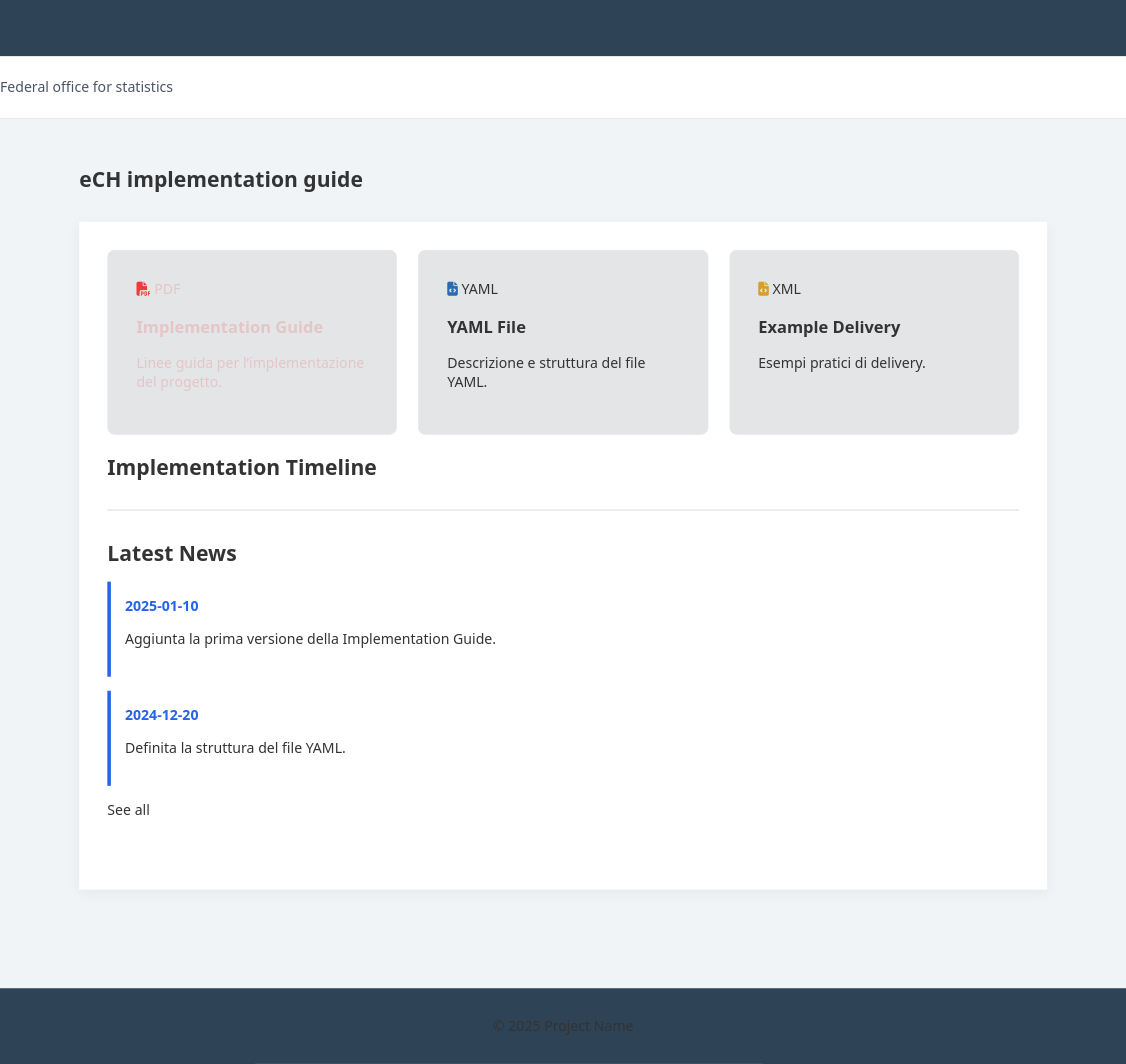
Repository: bfspoku/ech-0252-docs
Page: index.html
The author's editor kept a copy of each file at every save. The page is drawn from the files as they stood at one save, then again after the next save.
The browser window is 1280 px wide. The pictures show the whole page, at 88% of full size.

Above is the page before, as saved 2025-12-16 16:48:06.

### index.html
<!-- LINK FOR FONTS -->
<link rel="preconnect" href="https://fonts.googleapis.com">
<link rel="preconnect" href="https://fonts.gstatic.com" crossorigin>
<link href="https://fonts.googleapis.com/css2?family=Noto+Sans:ital,wght@0,400;0,600;0,700;1,400&display=swap" rel="stylesheet">
<!-- LINK FOR SVG -->
<link rel="stylesheet" href="https://cdnjs.cloudflare.com/ajax/libs/font-awesome/6.5.0/css/all.min.css">

<!DOCTYPE html>
<html lang="it">
<head>
  <meta charset="UTF-8">
  <title>eCH implementation guide</title>
  <link rel="stylesheet" href="css/style.css">
</head>
<body>

<header>

</header>

<section class="sub-banner">
      <p>Federal office for statistics</p>
</section>


<main>
    <h2>eCH implementation guide</h2>
    <section class = "wrapper">

        <!-- CARDS -->
        <section class="cards">
            <a class="card" href="implementation-guide.html" style="color: #e53e3e30;">
            <i class="fas fa-file-pdf" style="color:#E53E3E;"></i> PDF
            <h3>Implementation Guide</h3>
            <p>Linee guida per l’implementazione del progetto.</p>
            </a>

            <a class="card" href="yaml-file.html">
            <i class="fas fa-file-code" style="color:#2B6CB0;"></i> YAML
            <h3>YAML File</h3>
            <p>Descrizione e struttura del file YAML.</p>
            </a>

            <a class="card" href="example-delivery.html">
            <i class="fas fa-file-code" style="color:#D69E2E;"></i> XML
            <h3>Example Delivery</h3>
            <p>Esempi pratici di delivery.</p>
            </a>
        </section>

        <!-- INFORMATION -->
        <section class="information">

            <h2> Implementation Timeline<h2>

            <div class="divider"></div>

            <h2>Latest News</h2>

            <ul class="updates">
            <li>
                <span class="date">2025-01-10</span>
                <p>Aggiunta la prima versione della Implementation Guide.</p>
            </li>
            <li>
                <span class="date">2024-12-20</span>
                <p>Definita la struttura del file YAML.</p>
            </li>
            </ul>
            <p>See all</p>
        </section>

    </section>

</main>

<footer>
  <p>© 2025 Project Name</p>
</footer>

</body>
</html>

### css/style.css
body {
    font-family: 'Noto Sans', system-ui, -apple-system, BlinkMacSystemFont,
    'Segoe UI', Roboto, Ubuntu, Cantarell, 'Helvetica Neue',
    Arial, sans-serif;
    margin: 0;
    background: #f0f4f7;
    color: #333;
  }

  header {
    background: #2f4356;
    color: white;
    padding: 2rem;
  }

  /* SUB-BANNER */
  .sub-banner {
    background-color: white;   /* bianco puro */
    padding: 1.5rem 0;         /* verticale */
    border-bottom: 1px solid #e5e7eb; /* linea di separazione */
  }

  .sub-banner h2 {
    margin: 0 0 0.5rem 0;
    font-weight: 600;
    color: #111827;
  }

  .sub-banner p {
    margin: 0;
    color: #4b5563;
    font-size: 16px;
  }

  main {
    padding: 2rem;
    max-width: 1100px;
    margin: auto;
  }

  h1, h2 {
    margin-bottom: 1rem;
  }

  .divider {
    width: 100%;             /* prende tutta la larghezza della wrapper o del container */
    height: 1px;             /* spessore della linea */
    background: #d1d5db;
    margin: 2rem 0;          /* spazio sopra e sotto */
    border: none;
  }

  /* Main wrapper for all the pages */
  .wrapper {
    max-width: 1100px;      /* larghezza massima */
    margin: 2rem auto;      /* centrato orizzontalmente, margine verticale */
    padding: 2rem;          /* spazio interno */
    background-color: #ffffff;  /* bianco-beige chiaro */
    box-shadow: 0 4px 15px rgba(0,0,0,0.05); /* leggero effetto profondità */
  }

  /* INFORMATION */
  .information {
    margin-bottom: 3rem;
  }

  .updates {
    list-style: none;
    padding: 0;
  }

  .updates li {
    background: white;
    padding: 1rem;
    border-left: 4px solid #2563eb;
    margin-bottom: 1rem;
  }

  .date {
    font-weight: bold;
    color: #2563eb;
  }

  /* CARDS */
  .cards {
    display: grid;
    grid-template-columns: repeat(auto-fit, minmax(250px, 1fr));
    gap: 1.5rem;
  }

  .card {
    background: #e4e5e7;
    padding: 2rem;
    text-decoration: none;
    color: inherit;
    border: 1px solid #e5e7eb;
    border-radius: 8px;
    transition: transform 0.2s, box-shadow 0.2s;
  }

  .card:hover {
    transform: translateY(-5px);
    box-shadow: 0 10px 20px rgba(0,0,0,0.1);
  }

  footer {
    text-align: center;
    padding: 1rem;
    background: #2f4356;
    margin-top: 3rem;
  }

After the next save:
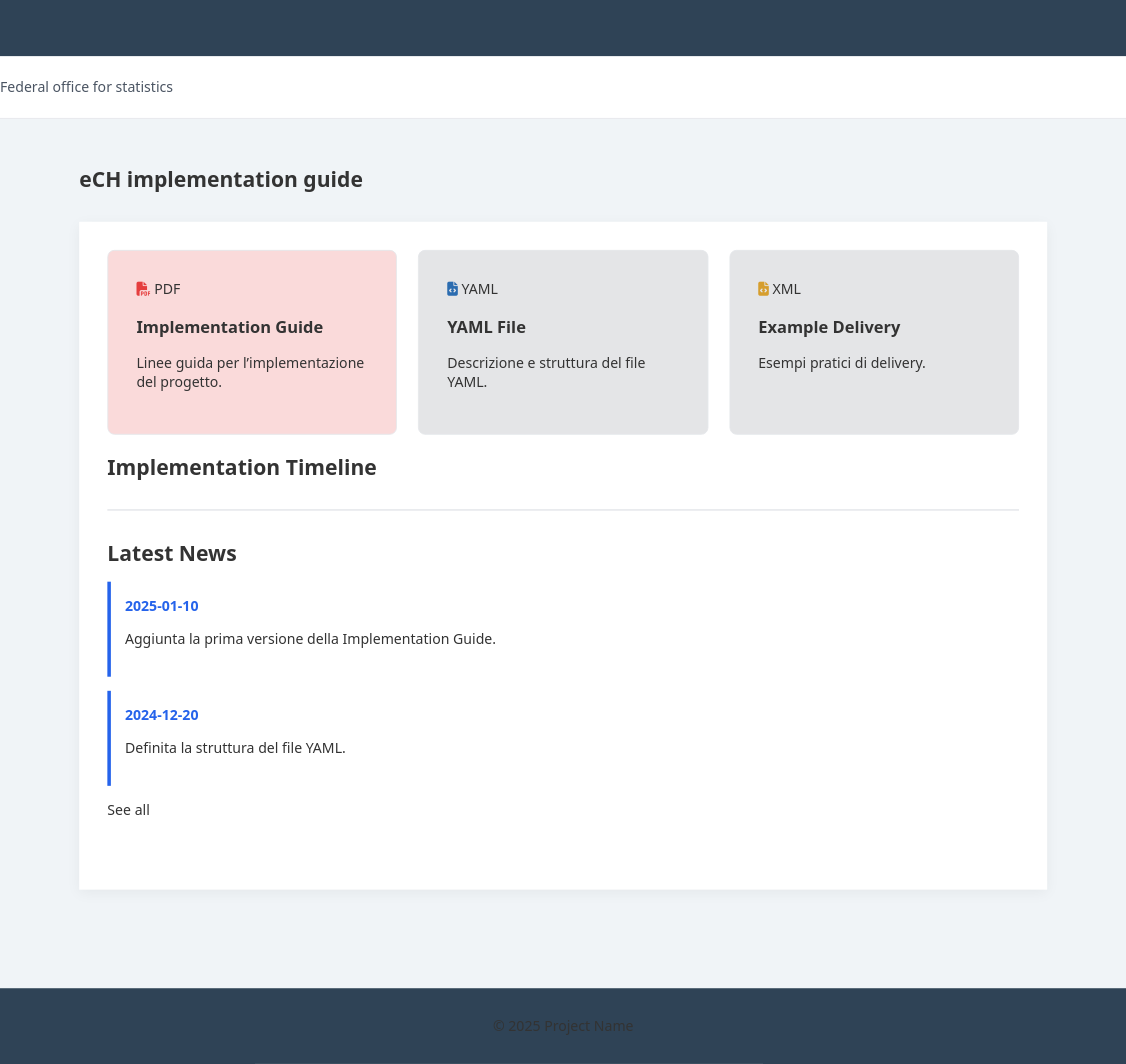
Saved 24 s later.
--- a/index.html
+++ b/index.html
@@ -29,7 +29,7 @@
 
         <!-- CARDS -->
         <section class="cards">
-            <a class="card" href="implementation-guide.html" style="color: #e53e3e30;">
+            <a class="card" href="implementation-guide.html" style="background-color: #e53e3e30;">
             <i class="fas fa-file-pdf" style="color:#E53E3E;"></i> PDF
             <h3>Implementation Guide</h3>
             <p>Linee guida per l’implementazione del progetto.</p>
